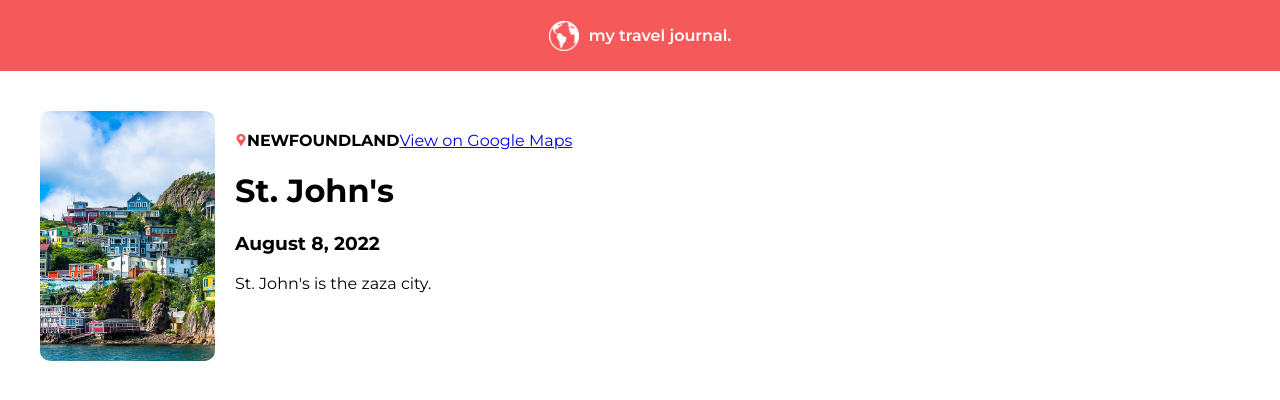
Repository: jsong552/my-city-checklist
Page: /
An editor plug-in stored every save of this project. The page is shown before and after the next save, followed by the edit.
The browser window is 1280 px wide. The pictures show the whole page.
The project was rebuilt for these pictures with package versions that can differ from the ones it lists, and the page was loaded fresh each time. Imported but missing from the stored project, and not drawn on this page: src/reportWebVitals.

Above is the page before, as saved 2023-12-29 18:58:54.

### public/index.html
<!DOCTYPE html>
<html lang="en">
  <head>
    <meta charset="utf-8" />
    <link rel="preconnect" href="https://fonts.googleapis.com">
    <link rel="preconnect" href="https://fonts.gstatic.com" crossorigin>
    <link href="https://fonts.googleapis.com/css2?family=Inter:wght@400;600;700&family=Montserrat:wght@200;300;400;500;600;700&display=swap" rel="stylesheet">
    <link rel="icon" href="%PUBLIC_URL%/favicon.ico" />
    <meta name="viewport" content="width=device-width, initial-scale=1" />
    <meta name="theme-color" content="#000000" />
    <meta
      name="description"
      content="Web site created using create-react-app"
    />
    <link rel="apple-touch-icon" href="%PUBLIC_URL%/logo192.png" />
    <!--
      manifest.json provides metadata used when your web app is installed on a
      user's mobile device or desktop. See https://developers.google.com/web/fundamentals/web-app-manifest/
    -->
    <link rel="manifest" href="%PUBLIC_URL%/manifest.json" />
    <!--
      Notice the use of %PUBLIC_URL% in the tags above.
      It will be replaced with the URL of the `public` folder during the build.
      Only files inside the `public` folder can be referenced from the HTML.

      Unlike "/favicon.ico" or "favicon.ico", "%PUBLIC_URL%/favicon.ico" will
      work correctly both with client-side routing and a non-root public URL.
      Learn how to configure a non-root public URL by running `npm run build`.
    -->
    <title>React App</title>
  </head>
  <body>
    <noscript>You need to enable JavaScript to run this app.</noscript>
    <div id="root"></div>
    <!--
      This HTML file is a template.
      If you open it directly in the browser, you will see an empty page.

      You can add webfonts, meta tags, or analytics to this file.
      The build step will place the bundled scripts into the <body> tag.

      To begin the development, run `npm start` or `yarn start`.
      To create a production bundle, use `npm run build` or `yarn build`.
    -->
  </body>
</html>

### src/index.css
body {
    margin: 0px;
}

.navbar {
    display: flex;
    align-items: center;
    padding: 10px;
    justify-content: center;
    background-color: #F6595A;
}

.navbar img {
    width: 30px;
    margin-right: 10px;
}

.navbar p {
    color: white;
    font-family: Montserrat;
    font-weight: 600;
}

/* card styles */

.cardsContainer {
    margin-left: 40px;
    margin-top: 40px;
}

.card {
    display: flex;
    font-family: Montserrat;
}

.imageOfLocation {
    height: 250px;
    width: 175px;
    border-radius: 10px;
    object-fit: cover;
}

.cardInfo {
    margin-left: 20px;
    padding-top: 20px;
}

.locationMarker {
    width: 12px;
}

.cardLocation * {
    display: inline;
}

### src/App.js
import React from "react";
import Navbar from "./components/Navbar.js";
import Card from "./components/Card.js";

export default function App() {
    return (
        <div className="container">
            <Navbar />
            <div className="cardsContainer">
                <Card />
            </div>
        </div>
    )
}

### src/components/Navbar.js
import React from "react";

export default function Navbar() {
    return (
        <nav className="navbar">
            <img src={require('../images/logo.png')} alt="logo"/>
            <p>my travel journal.</p>
        </nav>
    )
}

### src/components/Card.js
import React from "react";

export default function Card() {
    return (
        <div className="card">
            <img className="imageOfLocation" src={require('../images/stjohns.jpg')} alt="St. Johns Downtown" />
            <div className="cardInfo">
                <span className="cardLocation">
                    <img className="locationMarker" src={require('../images/location-marker.png')} />
                    <h4>NEWFOUNDLAND</h4>
                    <a href="https://www.google.com/maps/place/St.+John's,+NL/@47.4825126,-52.9947887,11z/data=!3m1!4b1!4m6!3m5!1s0x4b0ca38e6b0aa261:0x9e1fd4001f12261f!8m2!3d47.5556097!4d-52.7452511!16zL20vMGo4cDY?hl=en&entry=ttu">View on Google Maps</a>
                </span>
                <h1>St. John's</h1>
                <h3>August 8, 2022</h3>
                <p>St. John's is the zaza city.</p>
            </div>
        </div>
    )
}

Loaded but not shown: src/index.js (common file)

After the next save:
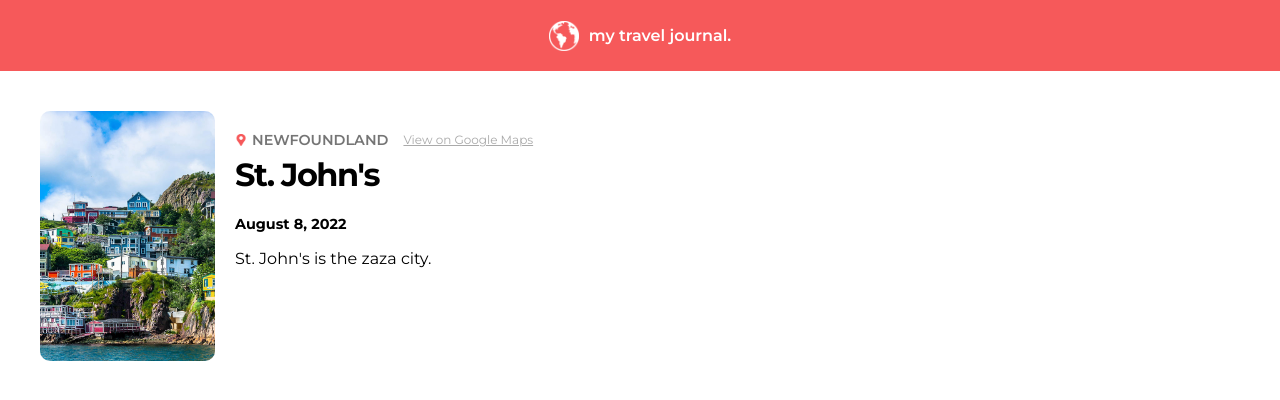
Saved 99 s later.
--- a/src/index.css
+++ b/src/index.css
@@ -47,8 +47,34 @@ body {
 
 .locationMarker {
     width: 12px;
+    margin-right: 5px;
 }
 
 .cardLocation * {
     display: inline;
 }
+
+.cardLocation h4 {
+    font-weight: 600;
+    font-size: 0.9rem;
+    position: relative;
+    bottom: 1px;
+    color: #757575;
+}
+
+.cardLocation a {
+    font-size: 0.75rem;
+    position: relative;
+    bottom: 2px;
+    color: #aaaaaa;
+    margin-left: 15px;
+}
+
+.cardInfo h1 {
+    margin-top: 5px;
+    letter-spacing: -1.5px;
+}
+
+.cardInfo h3 {
+    font-size: 0.9rem;
+}
